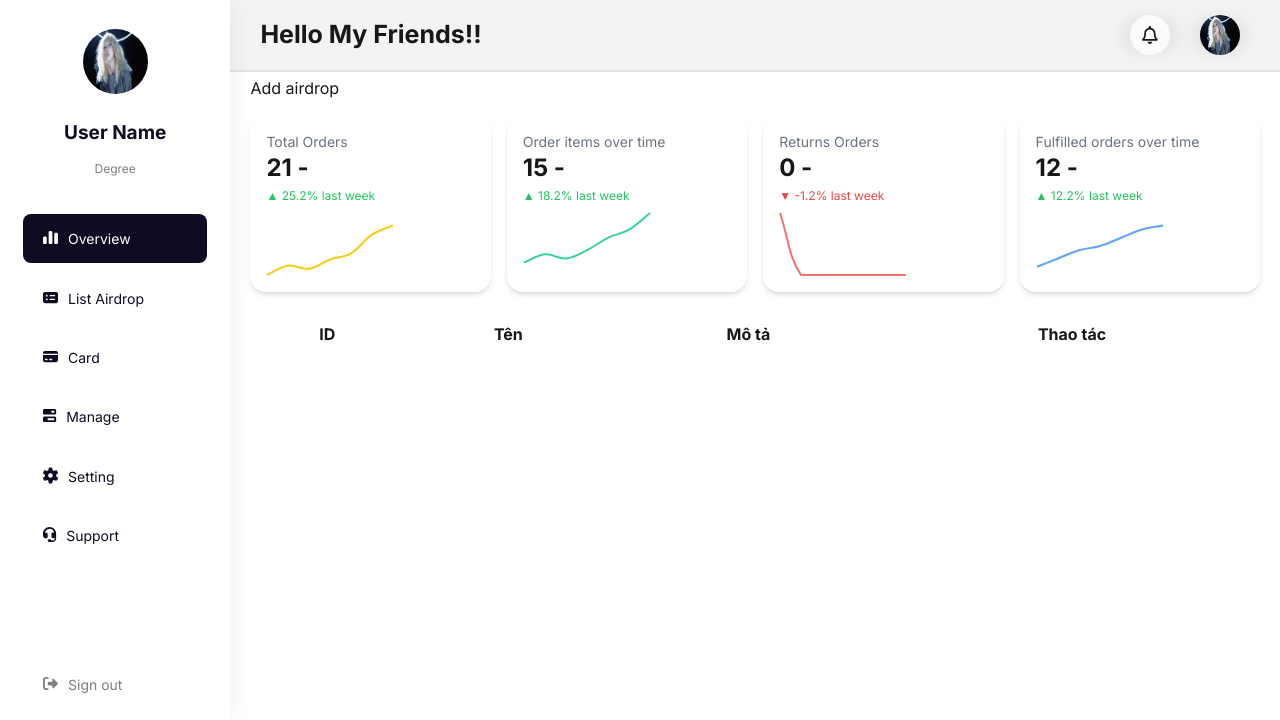
Repository: conGaStuer/airdropmamager
Page: /airdrops
An editor plug-in stored every save of this project. The page is shown before and after the next save, followed by the edit.
The browser window is 1280 px wide. The pictures show the whole page.
The page's requests for data from a server got no answer. The project was rebuilt for these pictures with package versions that can differ from the ones it lists, and the page was loaded fresh each time. The framework's server and built-in components were replaced by stand-ins that run in the browser. No one was signed in, and anything a server would have sent is missing. Also part of the build but not shown: next.config.ts.

Above is the page before, as saved 2025-05-26 19:49:07.

### src/app/layout.tsx
// app/layout.tsx
import { Inter } from "next/font/google";
import "../styles/globals.css";
import NavBar from "@/components/NavBar";
import SideBar from "@/components/SideBar";

const inter = Inter({ subsets: ["latin"] });

export const metadata = {
  title: "Airdrop Admin",
  description: "Manage Airdrops",
};

// app/layout.tsx
export default function RootLayout({
  children,
}: {
  children: React.ReactNode;
}) {
  return (
    <html lang="en">
      <body>{children}</body>
    </html>
  );
}

### src/app/airdrops/layout.js
// app/airdrops/layout.js (hoặc layout.tsx nếu bạn dùng TypeScript)
"use client";
import React from "react";
import NavBar from "@/components/NavBar";
import SideBar from "@/components/SideBar";

export default function AirdropLayout({ children }) {
  return (
    <div className="flex">
      <SideBar />
      <div className="flex-1">
        <NavBar />
        <main className="pt-14 ">{children}</main>
      </div>
    </div>
  );
}

### src/app/airdrops/page.js
"use client";
import React from "react";
import { useState, useEffect } from "react";
import axios from "axios";
import { useRouter } from "next/navigation";

import StatCard from "@/components/StatCard";

export default function AirdropPages() {
  const [airdrops, setAirdrops] = useState([]);

  useEffect(() => {
    const fetchAirdrops = async () => {
      try {
        const res = await axios.get("http://localhost:5000/api/airdrops");
        setAirdrops(res.data);
      } catch (err) {
        console.error("Error fetching airdrops:", err);
      }
    };
    fetchAirdrops();
  }, []);

  const handleDelete = async (id) => {
    if (confirm("Bạn có chắc muốn xóa airdrop này không?")) {
      await axios.delete(`http://localhost:5000/api/airdrops/${id}`);
      const res = await axios.get("http://localhost:5000/api/airdrops");
      setAirdrops(res.data);
    }
  };
  const router = useRouter();
  return (
    <div style={{ padding: 20 }}>
      <button onClick={() => router.push("./airdrops/new")}>Add airdrop</button>
      <div className=" grid grid-cols-1 md:grid-cols-2 lg:grid-cols-4 gap-4 mt-4">
        <StatCard
          title="Total Orders"
          value={21}
          percentage={25.2}
          isUp={true}
          chartColor="#FACC15" // yellow
          data={[5, 8, 7, 10, 12, 18, 21]}
        />
        <StatCard
          title="Order items over time"
          value={15}
          percentage={18.2}
          isUp={true}
          chartColor="#34D399" // green
          data={[3, 5, 4, 6, 9, 11, 15]}
        />
        <StatCard
          title="Returns Orders"
          value={0}
          percentage={-1.2}
          isUp={false}
          chartColor="#F87171" // red
          data={[1, 0, 0, 0, 0, 0, 0]}
        />
        <StatCard
          title="Fulfilled orders over time"
          value={12}
          percentage={12.2}
          isUp={true}
          chartColor="#60A5FA" // blue
          data={[2, 4, 6, 7, 9, 11, 12]}
        />
      </div>
      <table
        border="1"
        cellPadding="10"
        style={{ marginTop: 20, width: "100%" }}
      >
        <thead>
          <tr>
            <th>ID</th>
            <th>Tên</th>
            <th>Mô tả</th>
            <th>Thao tác</th>
          </tr>
        </thead>
        <tbody>
          {airdrops.map((item) => (
            <tr key={item.id}>
              <td>{item.id}</td>
              <td>{item.name}</td>
              <td>{item.description}</td>
              <td>
                <button
                  onClick={() => router.push(`./airdrops/${item.id}/edit`)}
                >
                  Edit
                </button>
                <button onClick={() => handleDelete(item.id)}>Delete</button>
              </td>
            </tr>
          ))}
        </tbody>
      </table>
    </div>
  );
}

### src/styles/globals.css
@tailwind base;
@tailwind components;
@tailwind utilities;

:root {
  --background: #ffffff;
  --foreground: #171717;
}

@media (prefers-color-scheme: dark) {
  :root {
    --background: #ffffff;
    --foreground: #393737;
  }
}

body {
  color: var(--foreground);
  background: var(--background);
  font-family: inter;
  background-size: cover;
  background-position: center;
}

### src/components/NavBar.js
import React from "react";
import "../styles/navbar.scss";
import { FontAwesomeIcon } from "@fortawesome/react-fontawesome";
import {
  faEdit,
  faTrash,
  faRectangleList,
  faChartSimple,
  faCreditCard,
  faBarsProgress,
  faGear,
  faHeadset,
  faRightFromBracket,
  faRing,
} from "@fortawesome/free-solid-svg-icons";
import { faBell } from "@fortawesome/free-regular-svg-icons";
import Image from "next/image";
export default function NavBar() {
  return (
    <div className="nav-side">
      <p>Hello My Friends!!</p>
      <div className="menu">
        <div className="iconn">
          <FontAwesomeIcon icon={faBell} className="icon" />
        </div>
        <Image src="/styles/avt.jpg" alt="Avatar" width={20} height={20} />
      </div>
    </div>
  );
}

### src/components/SideBar.js
import React from "react";
import "../styles/sideBar.scss";
import { FontAwesomeIcon } from "@fortawesome/react-fontawesome";
import {
  faEdit,
  faTrash,
  faRectangleList,
  faChartSimple,
  faCreditCard,
  faBarsProgress,
  faGear,
  faHeadset,
  faRightFromBracket,
} from "@fortawesome/free-solid-svg-icons";
import Image from "next/image";
import Link from "next/link";
export default function SideBar() {
  return (
    <div className="side-bar">
      <div className="side-info">
        <div className="user-profile">
          <Image src="/styles/avt.jpg" alt="Avatar" width={80} height={80} />
          <h4>User Name</h4>
          <p>Degree</p>
        </div>
      </div>
      <div className="side-menu">
        <div className="menu-element menu-element1">
          <FontAwesomeIcon icon={faChartSimple} className="icon" />

          <span>Overview</span>
        </div>
        <Link href="./airdrops" className="menu-element">
          <FontAwesomeIcon icon={faRectangleList} className="icon" />

          <span>List Airdrop</span>
        </Link>
        <div className="menu-element">
          <FontAwesomeIcon icon={faCreditCard} className="icon" />
          <span>Card</span>
        </div>
        <div className="menu-element">
          <FontAwesomeIcon icon={faBarsProgress} className="icon" />
          <span>Manage</span>
        </div>
        <div className="menu-element">
          <FontAwesomeIcon icon={faGear} className="icon" />
          <span>Setting</span>
        </div>
        <div className="menu-element">
          <FontAwesomeIcon icon={faHeadset} className="icon" />

          <span>Support</span>
        </div>
      </div>
      <div className="side-logout">
        <FontAwesomeIcon icon={faRightFromBracket} className="icon" />
        <span>Sign out</span>
      </div>
    </div>
  );
}

### src/components/StatCard.js
import { Line } from "react-chartjs-2";
import {
  Chart as ChartJS,
  LineElement,
  CategoryScale,
  LinearScale,
  PointElement,
} from "chart.js";

ChartJS.register(LineElement, CategoryScale, LinearScale, PointElement);

export default function StatCard({
  title,
  value,
  percentage,
  chartColor,
  data,
  isUp,
}) {
  return (
    <div className="bg-white p-4 rounded-2xl shadow-md ">
      <div className="text-sm text-gray-500">{title}</div>
      <div className="flex items-center justify-between">
        <div className="text-2xl font-bold">{value} -</div>
      </div>
      <div className="flex items-center text-xs text-gray-400 mt-1">
        <span className={isUp ? "text-green-500" : "text-red-500"}>
          {isUp ? "▲" : "▼"} {percentage}% last week
        </span>
      </div>
      <div className="h-16 mt-2">
        <Line
          data={{
            labels: data.map((_, i) => i),
            datasets: [
              {
                data,
                borderColor: chartColor,
                borderWidth: 2,
                tension: 0.4,
                pointRadius: 0,
              },
            ],
          }}
          options={{
            responsive: true,
            plugins: {
              legend: { display: false },
              tooltip: { enabled: false },
            },
            scales: {
              x: { display: false },
              y: { display: false },
            },
          }}
        />
      </div>
    </div>
  );
}

### src/styles/navbar.scss
@mixin center-div {
  display: flex;

  justify-content: space-between;
  align-items: center;
}
@mixin no-space-text {
  margin: 0px;
  padding: 0px;
}
.nav-side {
  width: 82%;
  height: 10vh;
  background-color: #f3f3f3;
  position: fixed;
  float: right;
  right: 0px;

  border-bottom-right-radius: 0px;
  @include center-div();
  padding-left: 30px;
  padding-right: 40px;
  border-bottom: 2px solid rgb(226, 226, 226);
  p {
    font-size: 25px;
    font-weight: bold;
    font-family: "Inter", sans-serif;
  }
  .menu {
    width: 120px;
    height: 90%;
    @include center-div();

    .iconn {
      width: 40px;
      height: 40px;
      background-color: #fbfbfa;
      border-radius: 50%;
      @include center-div();
      justify-content: center;
      position: relative;
      left: 10px;
      box-shadow: 10px 0 20px -5px rgba(0, 0, 0, 0.1),
        -10px 0 20px -5px rgba(0, 0, 0, 0.1);

      .icon {
        font-size: 18px;
      }
    }
    img {
      width: 40px;
      height: 40px;
      border-radius: 50%;
      box-shadow: 10px 0 20px -5px rgba(0, 0, 0, 0.1),
        -10px 0 20px -5px rgba(0, 0, 0, 0.1);
    }
  }
}

### src/styles/sideBar.scss
@mixin center-div {
  display: flex;
  flex-direction: column;
  justify-content: space-between;
  align-items: center;
}
@mixin no-space-text {
  margin: 0px;
  padding: 0px;
}
.side-bar {
  font-family: "Inter", sans-serif;
  @include center-div();
  width: 18%;
  height: 100vh;
  background-color: white;
  color: #808080;
  box-shadow: 10px 0 20px -5px rgba(0, 0, 0, 0.05),
    -10px 0 20px -5px rgba(0, 0, 0, 0.05);
  z-index: 1;
  .icon {
    font-size: 15px;
    margin-right: 10px;
    position: relative;
    top: -1px;
  }
  .side-info {
    width: 80%;
    height: 34%;
    display: flex;
    flex-direction: column;
    justify-content: space-around;
    align-items: center;
    position: relative;
    top: -10px;
    h4 {
      @include no-space-text();
      font-size: 18px;
      font-weight: bold;
    }
    .user-profile {
      width: 75%;
      height: 68%;
      @include center-div();

      img {
        width: 65px;
        height: 65px;
        border-radius: 50%;
      }
      h4 {
        font-size: 19px;
        font-weight: bold;
        @include no-space-text();
        position: relative;
        top: -3px;
        color: #0d0c22;
      }
      p {
        @include no-space-text();
        font-size: 12px;
        position: relative;
        top: -18px;
      }
    }
  }
  .side-menu {
    width: 80%;
    height: 48%;
    @include center-div();
    position: relative;
    top: -65px;
    .menu-element {
      width: 100%;
      height: 14%;
      background-color: white;
      border-radius: 8px;
      font-size: 14px;
      display: flex;
      align-items: center;
      padding: 20px;
      color: #0d0c22;
    }
    .menu-element1 {
      background-color: #0d0c22;
      color: white;
    }
  }
  .side-logout {
    width: 80%;
    height: 7%;
    display: flex;
    align-items: center;
    padding: 20px;
    margin-bottom: 10px;
    span {
      font-size: 14px;
    }
  }
}

### tailwind.config.ts
import type { Config } from "tailwindcss";

export default {
  content: [
    "./src/pages/**/*.{js,ts,jsx,tsx,mdx}",
    "./src/components/**/*.{js,ts,jsx,tsx,mdx}",
    "./src/app/**/*.{js,ts,jsx,tsx,mdx}",
  ],
  theme: {
    extend: {
      colors: {
        background: "var(--background)",
        foreground: "var(--foreground)",
      },
      fontFamily: {
        sans: ["var(--font-inter)", "sans-serif"],
      },
    },
  },
  plugins: [],
} satisfies Config;

After the next save:
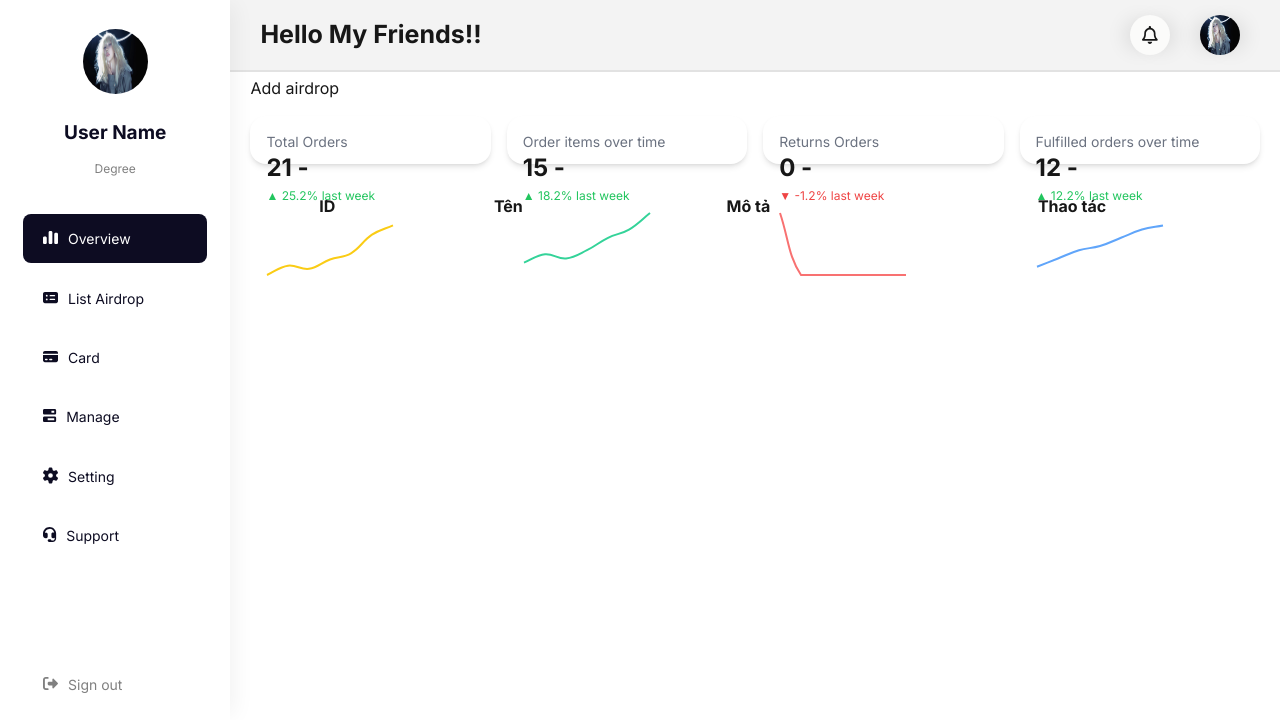
Saved 8 s later.
--- a/src/components/StatCard.js
+++ b/src/components/StatCard.js
@@ -18,7 +18,7 @@
   isUp,
 }) {
   return (
-    <div className="bg-white p-4 rounded-2xl shadow-md ">
+    <div className="bg-white p-4 rounded-2xl shadow-md h-12">
       <div className="text-sm text-gray-500">{title}</div>
       <div className="flex items-center justify-between">
         <div className="text-2xl font-bold">{value} -</div>

After the 2 saves that followed:
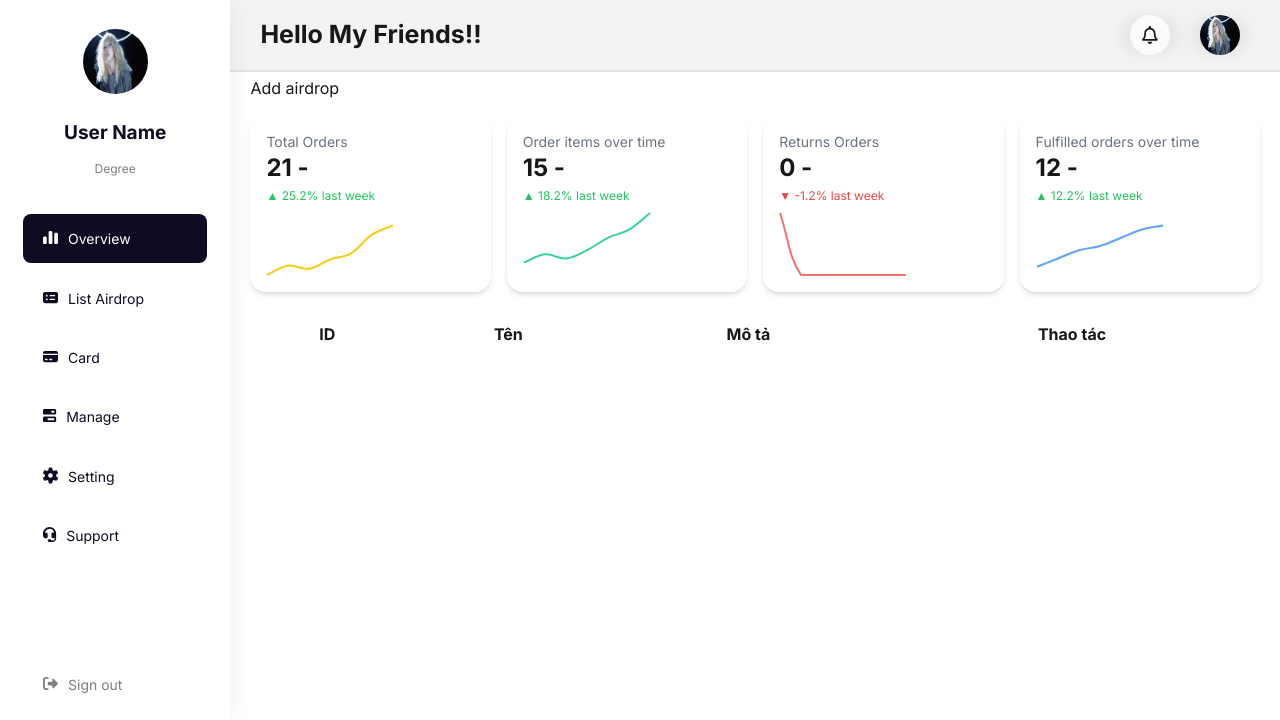
The 2 saves are shown as one change because they came seconds apart.
The last was saved 8 s later.
--- a/src/components/StatCard.js
+++ b/src/components/StatCard.js
@@ -18,7 +18,7 @@
   isUp,
 }) {
   return (
-    <div className="bg-white p-4 rounded-2xl shadow-md h-12">
+    <div className="bg-white p-4 rounded-2xl shadow-md h-30">
       <div className="text-sm text-gray-500">{title}</div>
       <div className="flex items-center justify-between">
         <div className="text-2xl font-bold">{value} -</div>
